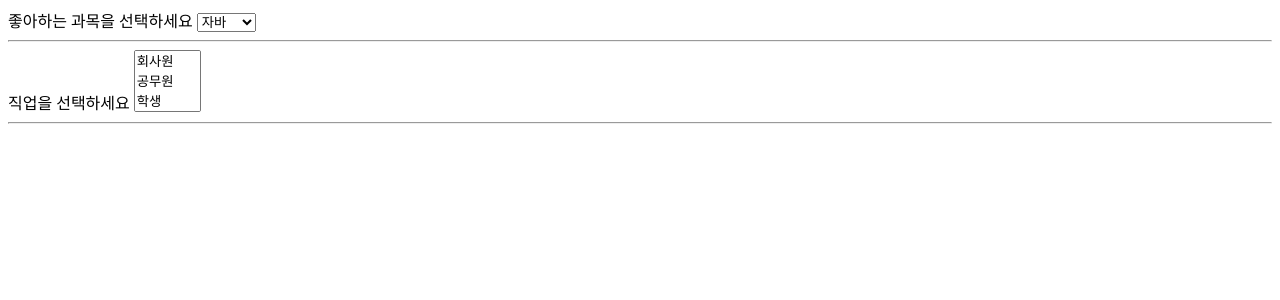
Repository: MegiLove/html_css
Page: day1130/src/main/webapp/selectTest.html
The author's editor kept a copy of each file at every save. The page is drawn from the files as they stood at one save, then again after the next save.
The browser window is 1280 px wide. The pictures show the whole page.

Above is the page before, as saved 2021-11-30 05:18:48.

After the next save:
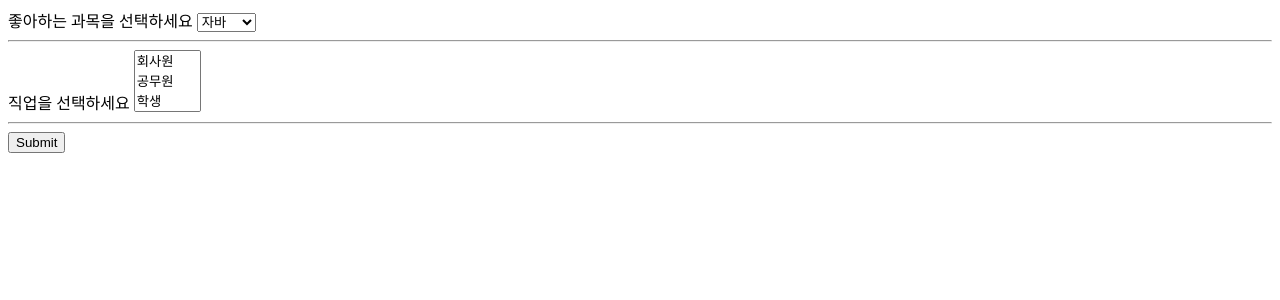
Saved 35 s later.
--- a/day1130/src/main/webapp/selectTest.html
+++ b/day1130/src/main/webapp/selectTest.html
@@ -24,6 +24,7 @@
 			<option value="주부">주부</option>
 		</select>
 		<hr>
+		<input type="submit" name="확인">
 	</form>
 </body>
 </html>
